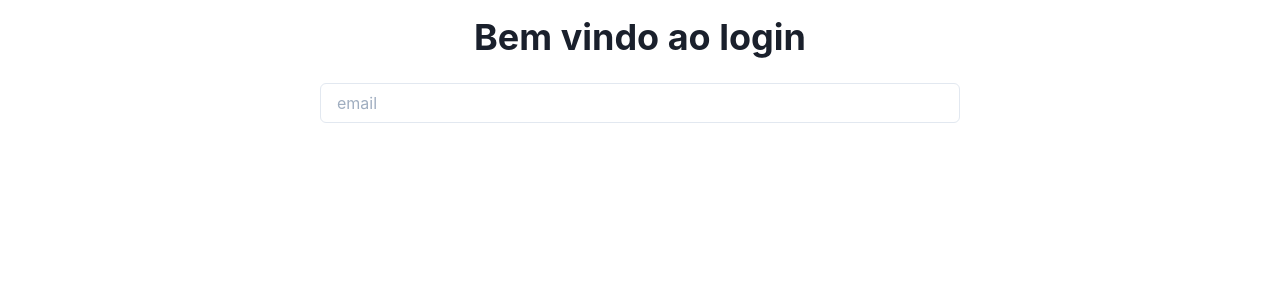
Repository: thislucasme/front-end-cats-react.js
Page: /login
These files come from the project's save history. The page is drawn as it stood at one moment and after the next save; the edit follows.
The browser window is 1280 px wide. The pictures show the whole page.
The project was rebuilt for these pictures with package versions that can differ from the ones it lists, and the page was loaded fresh each time. Also part of the build but not shown: src/components/lista.gatos.tsx, src/components/menu.tsx, src/pages/cadastro.gatos.tsx, src/hooks/gato.hooks.ts, src/pages/busca.gatos.tsx.

Above is the page before, as saved 2021-10-27 16:28:38.

### src/index.tsx
import { ColorModeScript } from "@chakra-ui/react"
import * as React from "react"
import ReactDOM from "react-dom"
import { App } from "./App"
import reportWebVitals from "./reportWebVitals"
import * as serviceWorker from "./serviceWorker"
import { ChakraProvider, theme } from '@chakra-ui/react'

ReactDOM.render(
  <React.StrictMode>
    <ColorModeScript />
    <ChakraProvider theme={theme}>
      <App />
    </ChakraProvider>
  </React.StrictMode>,
  document.getElementById("root"),
)

// If you want your app to work offline and load faster, you can change
// unregister() to register() below. Note this comes with some pitfalls.
// Learn more about service workers: https://cra.link/PWA
serviceWorker.unregister()

// If you want to start measuring performance in your app, pass a function
// to log results (for example: reportWebVitals(console.log))
// or send to an analytics endpoint. Learn more: https://bit.ly/CRA-vitals
reportWebVitals()

### src/App.tsx
import React from "react";
import { Cadastro } from "./pages/cadastro.gatos";
import { BrowserRouter, Switch, Route } from "react-router-dom";
import { Busca } from "./pages/busca.gatos";
import { Login } from "./pages/login";


export const App: React.FC = () => {
  return (
    <BrowserRouter>
      <Switch>
        <Route exact path={'/cadastro'} component={Cadastro} />
        <Route exact path={'/buscar'} component={Busca} />
        <Route exact path={'/login'} component={Login} />

      </Switch>
    </BrowserRouter>
  );
}

### src/pages/login.tsx
import { Center, FormLabel, Heading, Input, Spacer, VStack } from "@chakra-ui/react";
import React from "react";
import { Lista } from "../components/lista.gatos";
export const Login = () => {
	return (
		<Center>
			<VStack w="full">
				<VStack w="50%">
					<Heading my={4}>Bem vindo ao login</Heading>
					<Input placeholder="email" />
				</VStack>
			</VStack>
		</Center>
	);
}

Loaded but not shown: public/index.html (common file); src/reportWebVitals.ts (common file); src/serviceWorker.ts (common file)

After the next save:
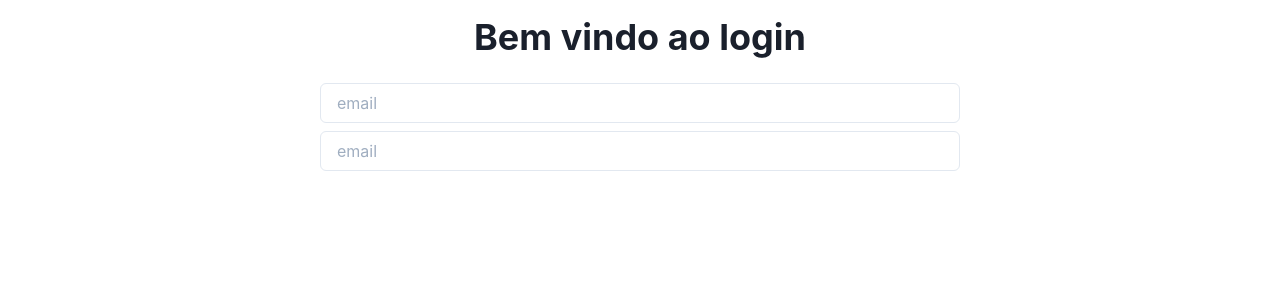
Saved 6 s later.
--- a/src/pages/login.tsx
+++ b/src/pages/login.tsx
@@ -8,6 +8,7 @@ export const Login = () => {
 				<VStack w="50%">
 					<Heading my={4}>Bem vindo ao login</Heading>
 					<Input placeholder="email" />
+					<Input placeholder="email" />
 				</VStack>
 			</VStack>
 		</Center>
